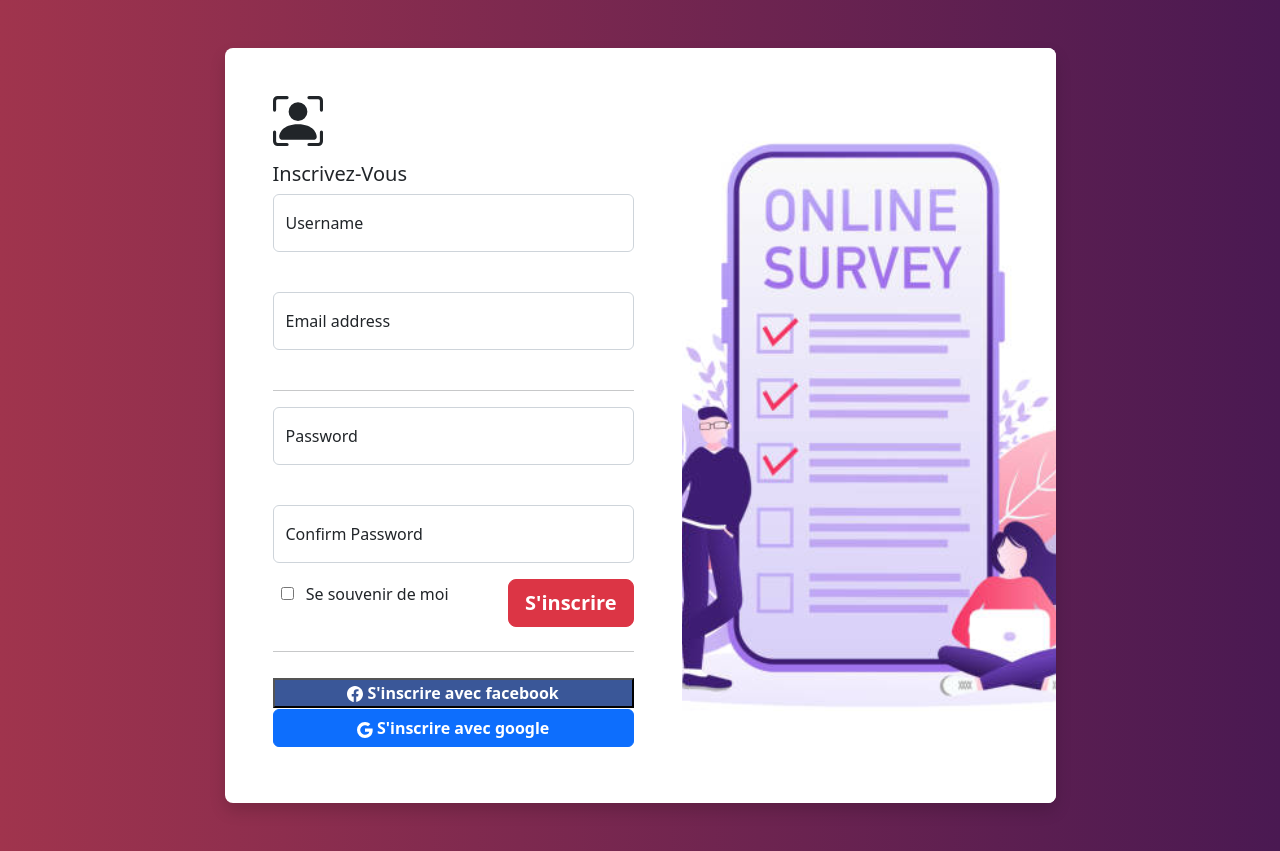
Repository: Djiamil/testsMoustaphaDER
Page: index.html
These files come from the project's save history. The page is drawn as it stood at one moment and after the next save; the edit follows.
The browser window is 1280 px wide. The pictures show the whole page.

Above is the page before, as saved 2022-12-09 00:40:19.

### index.html
<!DOCTYPE html>
<html lang="en">
<head>
    <meta charset="UTF-8">
    <meta http-equiv="X-UA-Compatible" content="IE=edge">
    <meta name="viewport" content="width=device-width, initial-scale=1.0">
    <title>Formulaire d'inscription Futur Digital</title>
    <link rel="stylesheet" href="https://cdn.jsdelivr.net/npm/bootstrap@5.2.3/dist/css/bootstrap.min.css" integrity="sha384-rbsA2VBKQhggwzxH7pPCaAqO46MgnOM80zW1RWuH61DGLwZJEdK2Kadq2F9CUG65" crossorigin="anonymous">
    <link rel="stylesheet" href="style.css">
</head>
<body>
    <div class="container">
        <div class="row">
          <div class="col-lg-10 col-xl-9 mx-auto">
            <div class="card flex-row my-5 border-0 shadow rounded-3 overflow-hidden">
                <div class="card-body p-4 p-sm-5">
                    <div class="d-flex flex-column">
                        <svg xmlns="http://www.w3.org/2000/svg" width="50" height="50" fill="currentColor" class="bi bi-person-bounding-box mb-3" viewBox="0 0 16 16">
                            <path d="M1.5 1a.5.5 0 0 0-.5.5v3a.5.5 0 0 1-1 0v-3A1.5 1.5 0 0 1 1.5 0h3a.5.5 0 0 1 0 1h-3zM11 .5a.5.5 0 0 1 .5-.5h3A1.5 1.5 0 0 1 16 1.5v3a.5.5 0 0 1-1 0v-3a.5.5 0 0 0-.5-.5h-3a.5.5 0 0 1-.5-.5zM.5 11a.5.5 0 0 1 .5.5v3a.5.5 0 0 0 .5.5h3a.5.5 0 0 1 0 1h-3A1.5 1.5 0 0 1 0 14.5v-3a.5.5 0 0 1 .5-.5zm15 0a.5.5 0 0 1 .5.5v3a1.5 1.5 0 0 1-1.5 1.5h-3a.5.5 0 0 1 0-1h3a.5.5 0 0 0 .5-.5v-3a.5.5 0 0 1 .5-.5z"/>
                            <path d="M3 14s-1 0-1-1 1-4 6-4 6 3 6 4-1 1-1 1H3zm8-9a3 3 0 1 1-6 0 3 3 0 0 1 6 0z"/>
                        </svg>
                        <h5 class="card-title  fw-light fs-5">Inscrivez-Vous</h5>
                    </div>
                    <form class="form" id="form">

                    <div class="form-floating mb-3">
                        <label for="floatingInputUsername">Username</label>
                        <input type="text" class="form-control" id="username" placeholder="Enter username">
                        <small>Error message</small>
                    </div>

                    <div class="form-floating mb-3">
                        <label for="floatingInputEmail">Email address</label>
                        <input type="text" class="form-control" id="email" placeholder="Enter email">
                        <small>Error message</small>
                    </div>

                    <hr>

                    <div class="form-floating mb-3">
                        <label for="floatingPassword">Password</label>
                        <input type="password" class="form-control" id="password" placeholder="Enter password">
                        <small>Error message</small>
                    </div>

                    <div class="form-floating mb-3">
                        <label for="floatingPasswordConfirm">Confirm Password</label>
                        <input type="password" class="form-control" id="password2" placeholder="Confirm your password">
                    </div>

                    <div class="d-grid mb-2 w-100 d-flex justify-content-between">
                        <div>
                            <input type="checkbox" value="" class="m-2">
                            Se souvenir de moi
                        </div>
                        <a class="btn btn-lg btn-danger btn-login fw-bold  mr-25" id="btninscription">S'inscrire</a>
                    </div>

                    <hr class="my-4">

                    <div class="d-grid">
                        <button class="btn-facebook btn-login fw-bold ">
                            <svg xmlns="http://www.w3.org/2000/svg" width="16" height="16" fill="currentColor" class="bi bi-facebook" viewBox="0 0 16 16">
                                <path d="M16 8.049c0-4.446-3.582-8.05-8-8.05C3.58 0-.002 3.603-.002 8.05c0 4.017 2.926 7.347 6.75 7.951v-5.625h-2.03V8.05H6.75V6.275c0-2.017 1.195-3.131 3.022-3.131.876 0 1.791.157 1.791.157v1.98h-1.009c-.993 0-1.303.621-1.303 1.258v1.51h2.218l-.354 2.326H9.25V16c3.824-.604 6.75-3.934 6.75-7.951z"/>
                            </svg>
                            S'inscrire avec facebook
                        </button>
                    </div>
                    <div class="d-grid mb-2">
                        <button class="btn btn-primary fw-bold ">
                            <svg xmlns="http://www.w3.org/2000/svg" width="16" height="16" fill="currentColor" class="bi bi-google" viewBox="0 0 16 16">
                                <path d="M15.545 6.558a9.42 9.42 0 0 1 .139 1.626c0 2.434-.87 4.492-2.384 5.885h.002C11.978 15.292 10.158 16 8 16A8 8 0 1 1 8 0a7.689 7.689 0 0 1 5.352 2.082l-2.284 2.284A4.347 4.347 0 0 0 8 3.166c-2.087 0-3.86 1.408-4.492 3.304a4.792 4.792 0 0 0 0 3.063h.003c.635 1.893 2.405 3.301 4.492 3.301 1.078 0 2.004-.276 2.722-.764h-.003a3.702 3.702 0 0 0 1.599-2.431H8v-3.08h7.545z"/>
                              </svg> S'inscrire avec google
                        </button>
                    </div>
                    </form>
                </div>
                <div class="card-img-left d-none d-md-flex">
                    <!-- Background image for card set in CSS! -->
                  </div>
            </div>
        </div>
    </div>
<script src="https://cdn.jsdelivr.net/npm/bootstrap@5.2.3/dist/js/bootstrap.min.js" integrity="sha384-cuYeSxntonz0PPNlHhBs68uyIAVpIIOZZ5JqeqvYYIcEL727kskC66kF92t6Xl2V" crossorigin="anonymous"></script>
<script src="script.js"></script>
</body>
</html>

### style.css
@import url('https://fonts.googleapis.com/css2?family=Open+Sans:wght@300&display=swap');
:root{
  --success-color: #2ecc71;
  --error-color: #e74c3c;
}
body {
    background: #a0344d;
    background: linear-gradient(to right, #a0344d, #4a1952);
  }

  .card-img-left {
    width: 45%;
    /* Link to your background image using in the property below! */
    background: scroll center url('./image/ins.jpg');
    background-size: cover;
  }

  /* .btn-login {
    font-size: 0.9rem;
    letter-spacing: 0.05rem;
    padding: 0.75rem 1rem;
  } */

  .btn-google {
    color: white !important;
    background-color: #2297f4;
  }

  .btn-facebook {
    color: white !important;
    background-color: #3a5798;
  }
  .form-floating input:focus{
    outline: 0;
    border-color: #777;
}

.form-floating.success input{
    border-color: var(--success-color);
    margin: 2rem;
}

.form-floating.error input{
    border-color: var(--error-color);
}

  .form-floating small{
    color: var(--error-color);
    bottom: 0;
    left: 0;
    visibility: hidden;
}

.form-floating.error small{
    visibility: visible;
}
button{
  position:relative;
  margin-top: 0.1rem;
}

### script.js
const form = document.getElementById('form');
const username = document.getElementById('username');
const email = document.getElementById('email');
const password = document.getElementById('password');
const password2 = document.getElementById('password2');



function showError(input, message) {//Afficher les messages d'erreur
    const formControl = input.parentElement;
    formControl.className = 'form-floating error';
    const small = formControl.querySelector('small');
    small.innerText = message;
}

function showSuccess(input) {
    const formControl = input.parentElement;
    formControl.className = 'form-floating success';
}

function checkEmail(input) {//Tester si l'email est valide :  javascript : valid email
    const re = /^(([^<>()\[\]\\.,;:\s@"]+(\.[^<>()\[\]\\.,;:\s@"]+)*)|(".+"))@((\[[0-9]{1,3}\.[0-9]{1,3}\.[0-9]{1,3}\.[0-9]{1,3}\])|(([a-zA-Z\-0-9]+\.)+[a-zA-Z]{2,}))$/;

    if (re.test(input.value.trim().toLowerCase())) {
        showSuccess(input);
    } else {
        showError(input,`Email is not valid!`);
    }
}

function checkRequired(inputArray) {// Tester si les champs ne sont pas vides
    inputArray.forEach(input => {
        if (input.value.trim() === '') {
            showError(input,`${getFieldName(input)} is required`);
        }else{
            showSuccess(input);
        }
    });
}

//
function getFieldName(input) {//Retour le nom de chaque input en se basant sur son id
    return input.id.charAt(0).toUpperCase() + input.id.slice(1);
}
//

//
function checkLength(input, min, max) {//Tester la longueur de la valeur  d'un input
    if(input.value.length < min){
        showError(input, `${getFieldName(input)} must be at least ${min} characters!`)
    }else if(input.value.length > max){
        showError(input, `${getFieldName(input)} must be less than ${max} characters !`);
    }else{
        showSuccess(input);
    }
}
//
function checkPasswordMatch(input1, input2) {//Verifie la conformité des password
    if (input1.value !== input2.value) {
        showError(input2, 'Passwords do not match!');
    }
}

form.addEventListener('submit',function(e){
    e.preventDefault();//Bloquer la soumission du formulaire


    checkRequired([username, email, password, password2]);
    //
    checkLength(username, 3, 15);
    checkLength(password, 6, 25);
    checkEmail(email);
    checkPasswordMatch(password,password2);


    /*
    function isValidEmail(email) {//Tester si l'email est valide
    const re = /^(([^<>()\[\]\\.,;:\s@"]+(\.[^<>()\[\]\\.,;:\s@"]+)*)|(".+"))@((\[[0-9]{1,3}\.[0-9]{1,3}\.[0-9]{1,3}\.[0-9]{1,3}\])|(([a-zA-Z\-0-9]+\.)+[a-zA-Z]{2,}))$/;
    return re.test(String(email).toLowerCase());
}
*/
});

After the next save:
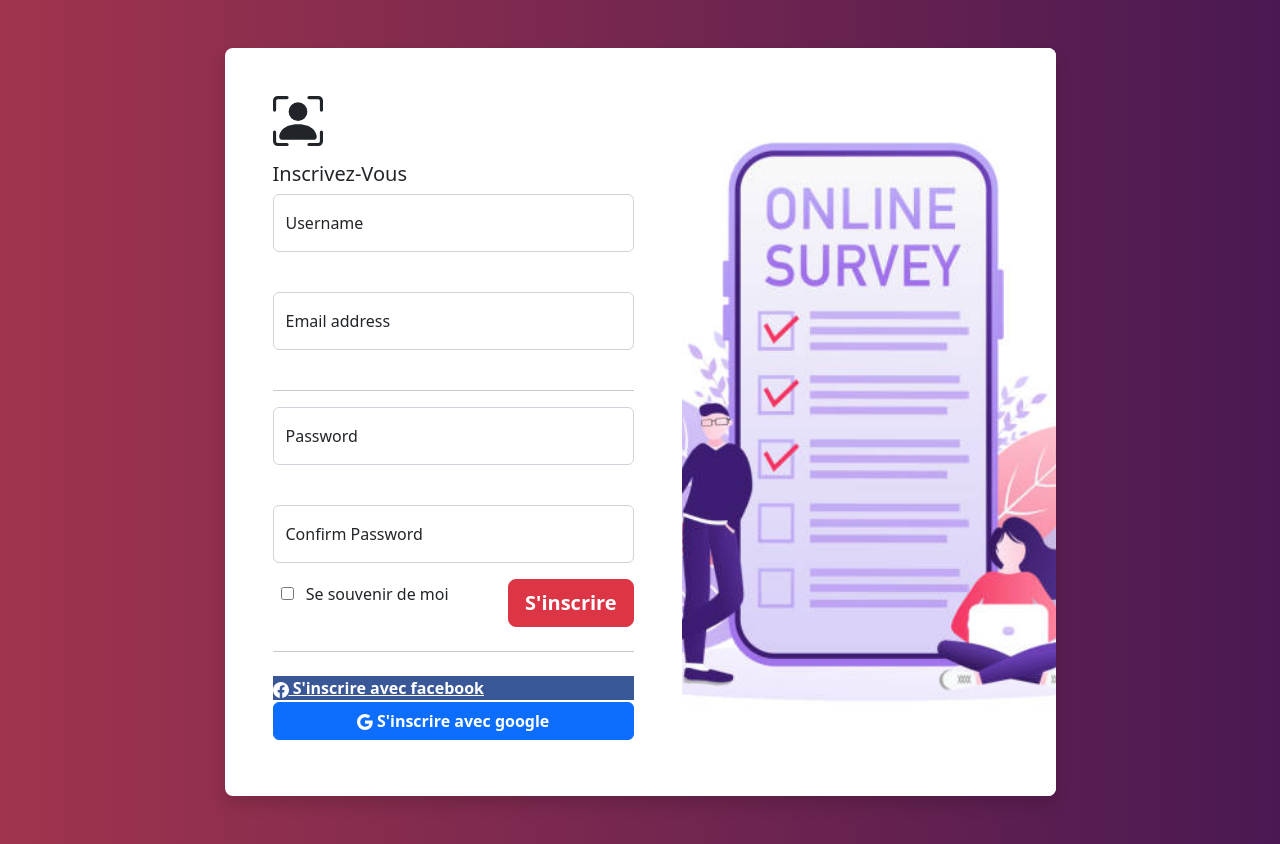
Saved 11 s later.
--- a/index.html
+++ b/index.html
@@ -59,12 +59,12 @@
                     <hr class="my-4">
 
                     <div class="d-grid">
-                        <button class="btn-facebook btn-login fw-bold ">
+                        <a class="btn-facebook btn-login fw-bold ">
                             <svg xmlns="http://www.w3.org/2000/svg" width="16" height="16" fill="currentColor" class="bi bi-facebook" viewBox="0 0 16 16">
                                 <path d="M16 8.049c0-4.446-3.582-8.05-8-8.05C3.58 0-.002 3.603-.002 8.05c0 4.017 2.926 7.347 6.75 7.951v-5.625h-2.03V8.05H6.75V6.275c0-2.017 1.195-3.131 3.022-3.131.876 0 1.791.157 1.791.157v1.98h-1.009c-.993 0-1.303.621-1.303 1.258v1.51h2.218l-.354 2.326H9.25V16c3.824-.604 6.75-3.934 6.75-7.951z"/>
                             </svg>
                             S'inscrire avec facebook
-                        </button>
+                        </a>
                     </div>
                     <div class="d-grid mb-2">
                         <button class="btn btn-primary fw-bold ">
